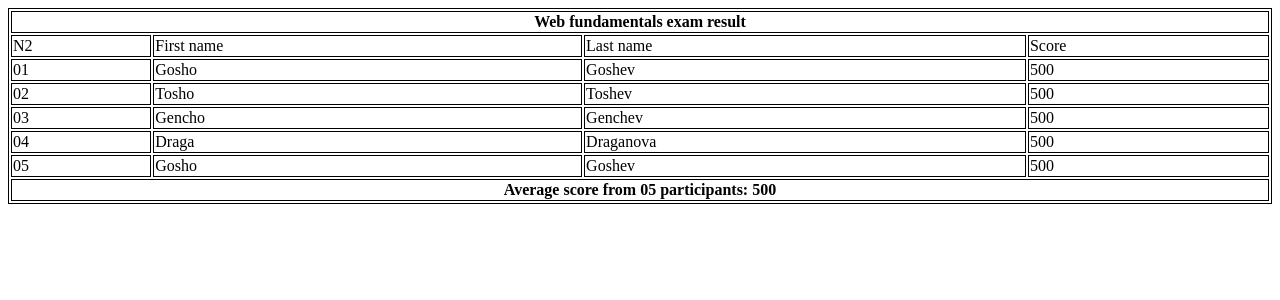
Repository: Helianthusss/Learn-CPP
Page: HTML/bai4.html
An editor plug-in stored every save of this project. The page is shown before and after the next save, followed by the edit.
The browser window is 1280 px wide. The pictures show the whole page.

Above is the page before, as saved 2021-09-15 13:20:32.

After the next save:
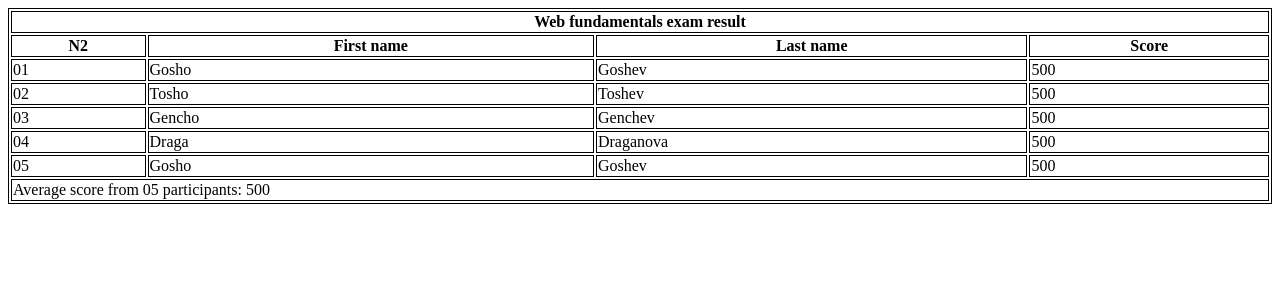
Saved 28 s later.
--- a/HTML/bai4.html
+++ b/HTML/bai4.html
@@ -17,10 +17,10 @@
           <th colspan="4">Web fundamentals exam result</th>
         </tr>
         <tr>
-          <td>N2</td>
-          <td>First name</td>
-          <td>Last name</td>
-          <td>Score</td>
+          <th>N2</th>
+          <th>First name</th>
+          <th>Last name</th>
+          <th>Score</th>
         </tr>
         <tr>
             <td>01</td>
@@ -53,7 +53,7 @@
             <td>500</td>
           </tr>
         <tr>
-            <th colspan="4">Average score from 05 participants: 500</th>
+            <td colspan="4">Average score from 05 participants: 500</td>
         </tr>
       </table>
 </body>
